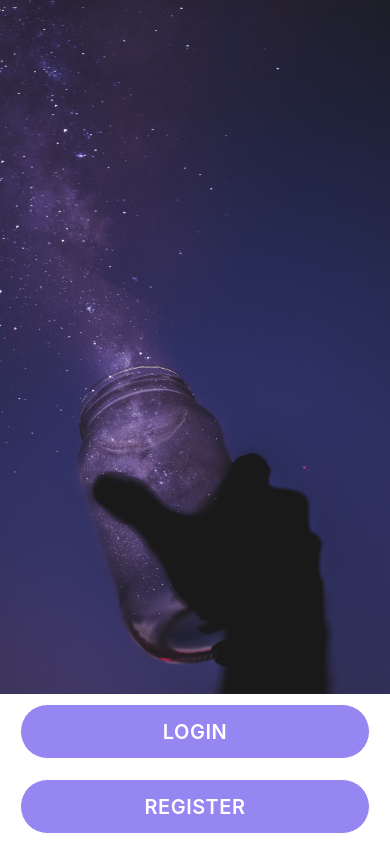
Repository: farrelmuhammad/project-react-native
Screen: /
The author's editor kept a copy of each file at every save. The screen is drawn from the files as they stood at one save, then again after the next save.
The app was drawn by React Native's web renderer in a window 390 px wide. The project was rebuilt for these pictures with package versions that can differ from the ones it lists, and the page was loaded fresh each time.

Above is the screen before, as saved 2023-01-09 12:01:25.

### App.js
import { StatusBar } from 'expo-status-bar';
import styles from './styles'
import Svg, { Image } from 'react-native-svg';
import { Dimensions, StyleSheet, Text, View } from 'react-native';

export default function App() {
  const { height, width } = Dimensions.get('window');

  return (
    <View style={styles.container}>
      <View style={StyleSheet.absoluteFill}>
        <Svg height={height} width={width}>
          <Image
            href={require('./assets/login-background.jpg')}
            width={width}
            height={height}
            preserveAspectRatio="xMidYMid slice"
          />
        </Svg>
        <View style={styles.buttonContainer}>
          <View style={styles.button}>
            <Text style={styles.buttonText}>LOGIN</Text>
          </View>
          <View style={styles.button}>
            <Text style={styles.buttonText}>REGISTER</Text>
          </View>
        </View>
      </View>
    </View>
  );
}

### styles.js
import { StyleSheet, Dimensions } from 'react-native';

const { height, width } = Dimensions.get('window');

const styles = StyleSheet.create({
    container: {
        flex: 1,
        justifyContent: 'flex-end',
    },
    button: {
        backgroundColor: 'rgba(123, 104, 238, 0.8)',
        height: 55,
        alignItems: 'center',
        justifyContent: 'center',
        borderRadius: 35,
        marginHorizontal: 20,
        marginVertical: 10,
        borderWidth: 1,
        borderColor: 'white'
    },
    buttonText: {
        fontSize: 20,
        fontWeight: '600',
        color: 'white',
        letterSpacing: 0.5
    },
    buttonContainer: {
        justifyContent: 'center',

    }
});

export default styles;

After the next save:
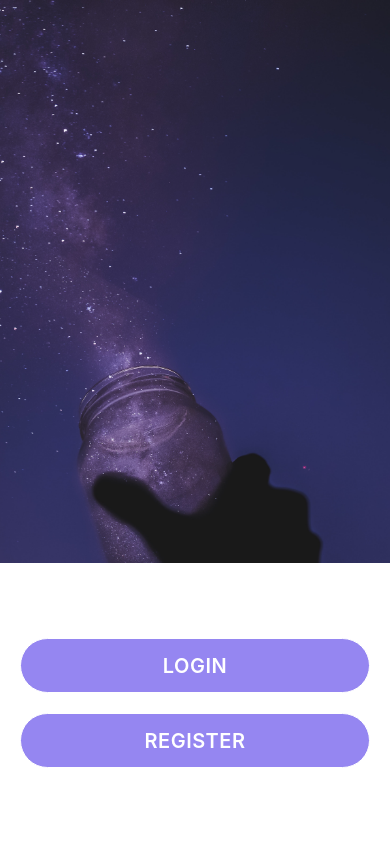
Saved 15 s later.
--- a/styles.js
+++ b/styles.js
@@ -26,6 +26,7 @@ const styles = StyleSheet.create({
     },
     buttonContainer: {
         justifyContent: 'center',
+        height: height / 3,
 
     }
 });
